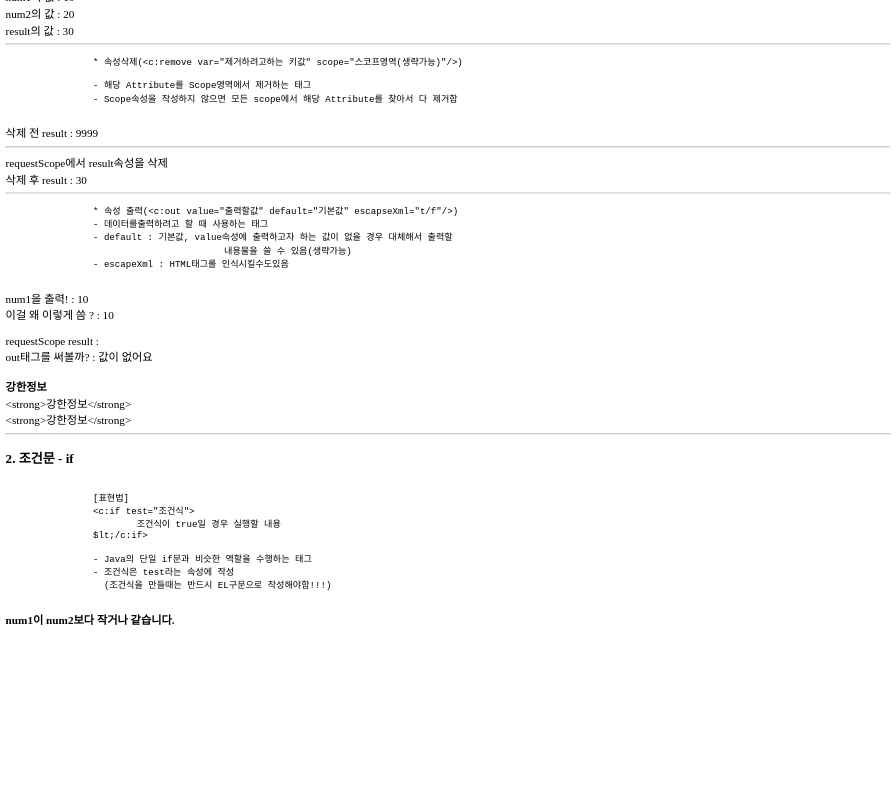
Repository: dltbxkfm86-creator/web
Page: http://localhost/Action/jstl.do
These files come from the project's save history. The page is drawn as it stood at one moment and after the next save; the edit follows.
The browser window is 1280 px wide. The pictures show the part of the page from y = 866 to 2786 px (the page is 2004 px tall before and 2786 px after), at 70% of full size.
The page is served by Tomcat 9.

Above is the page before, as saved 2025-09-25 00:45:18.

After the next save:
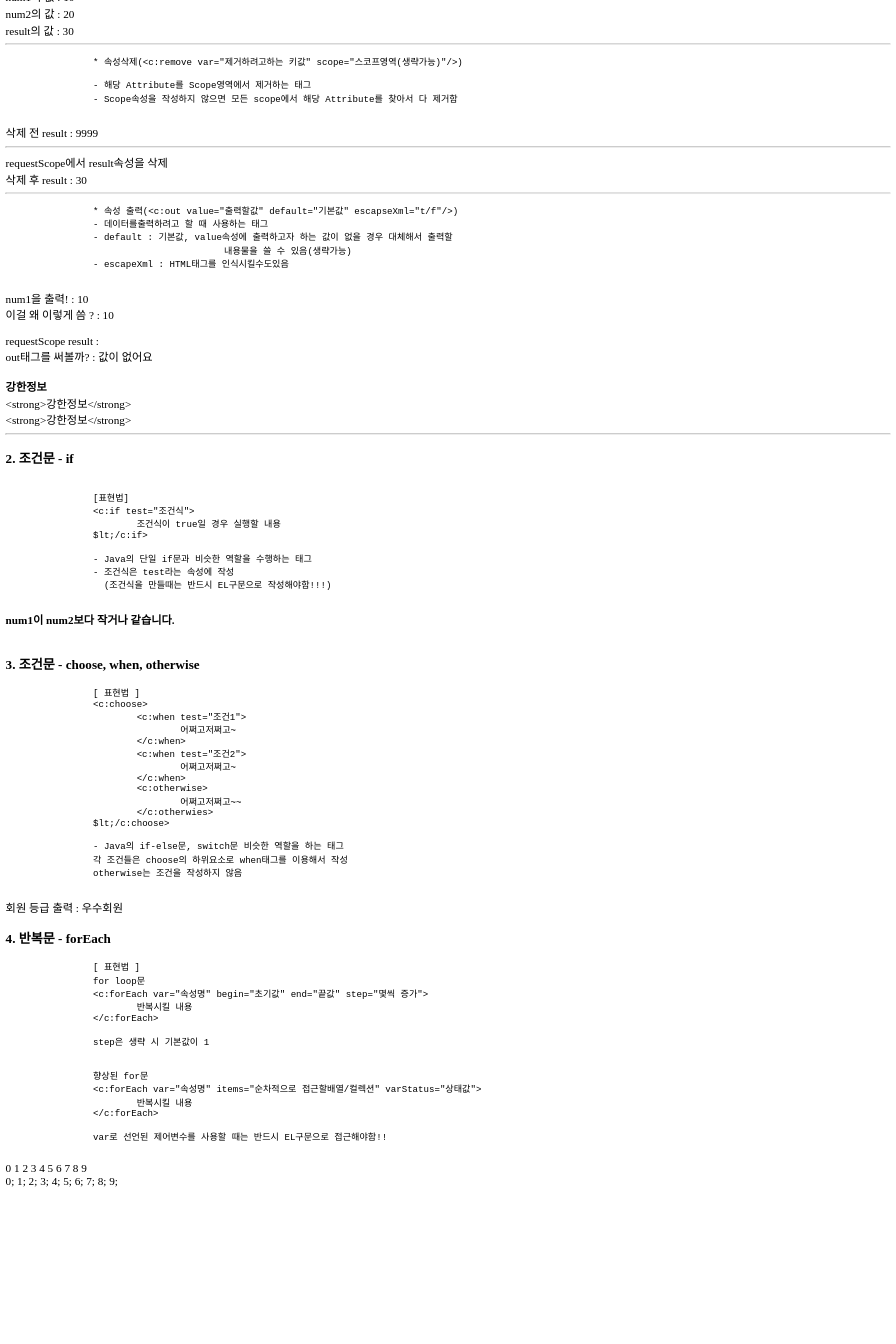
Saved 34 min 7 s later.
--- a/Action/src/main/webapp/WEB-INF/views/customaction/JSTL.jsp
+++ b/Action/src/main/webapp/WEB-INF/views/customaction/JSTL.jsp
@@ -149,8 +149,85 @@
 		<strong>num1이 num2보다 작거나 같습니다.</strong> <br>
 	</c:if>
 
-
-
+	<br>
+
+	<h3>3. 조건문 - choose, when, otherwise </h3>
+
+	<pre>
+		[ 표현법 ]
+		&lt;c:choose>
+			&lt;c:when test="조건1">
+				어쩌고저쩌고~
+			&lt;/c:when>
+			&lt;c:when test="조건2">
+				어쩌고저쩌고~
+			&lt;/c:when>
+			&lt;c:otherwise>
+				어쩌고저쩌고~~
+			&lt;/c:otherwies>
+		$lt;/c:choose>
+
+		- Java의 if-else문, switch문 비슷한 역할을 하는 태그
+		각 조건들은 choose의 하위요소로 when태그를 이용해서 작성
+		otherwise는 조건을 작성하지 않음
+	</pre>
+	<%--
+	<% if(조건1) { %>
+
+	<% } else if(조건2) { %>
+
+	<% } else if(조건2) { %>
+
+	<% } else { %>
+
+	<% } %>
+	--%>
+
+	<c:set var="point" value="200" />
+	회원 등급 출력 :
+
+	<c:choose>
+		<c:when test="${ point le 100 }">
+		<!-- choose안에는 when/otherwise말고는 들어가면 안됨 주석 포함 -->
+			일반회원 <br>
+		</c:when>
+		<c:when test="${ point le 300 }">
+			우수회원 <br>
+		</c:when>
+		<c:otherwise>
+			<strong>최우수회원</strong> <br>
+		</c:otherwise>
+	</c:choose>
+
+	<h3>4. 반복문 - forEach </h3>
+
+	<pre>
+		[ 표현법 ]
+		for loop문
+		&lt;c:forEach var="속성명" begin="초기값" end="끝값" step="몇씩 증가">
+			반복시킬 내용
+		&lt;/c:forEach>
+
+		step은 생략 시 기본값이 1
+
+
+		향상된 for문
+		&lt;c:forEach var="속성명" items="순차적으로 접근할배열/컬렉션" varStatus="상태값">
+			반복시킬 내용
+		&lt;/c:forEach>
+
+		var로 선언된 제어변수를 사용할 때는 반드시 EL구문으로 접근해야함!!
+	</pre>
+
+	<% for(int i = 0; i < 10; i++) { %>
+		<%= i %>
+	<% } %>
+
+	<br>
+
+	<c:forEach var="i" begin="0" end="9">
+		${ i };
+	</c:forEach>
 
 
 
